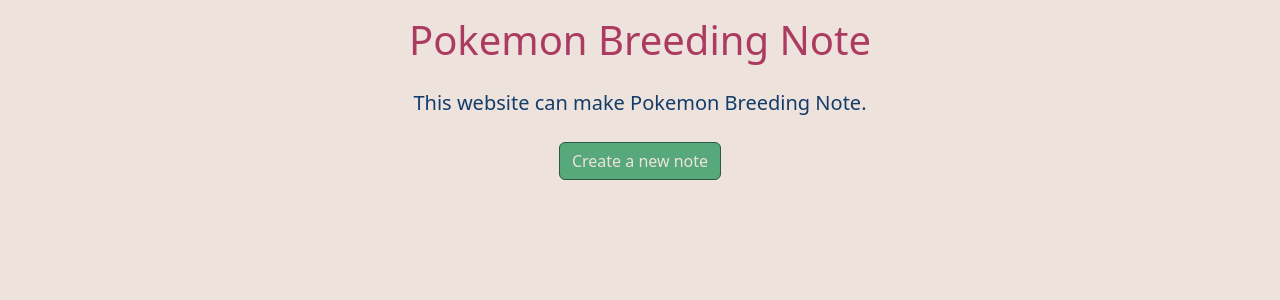
Repository: Losty522/PokemonBreedingNote
Page: /
The author's editor kept a copy of each file at every save. The page is drawn from the files as they stood at one save, then again after the next save.
The browser window is 1280 px wide. The pictures show the whole page.
The project was rebuilt for these pictures with package versions that can differ from the ones it lists, and the page was loaded fresh each time. Also part of the build but not shown: vite.config.js, src/components/Create.css, src/components/form/Title.jsx, src/components/form/Natures.jsx, src/components/form/Abilities.jsx, src/components/form/Moves.jsx, src/components/form/HeldItem.jsx, src/components/form/TeraType.jsx and 7 more.

Above is the page before, as saved 2024-01-20 22:02:42.

After the next save:
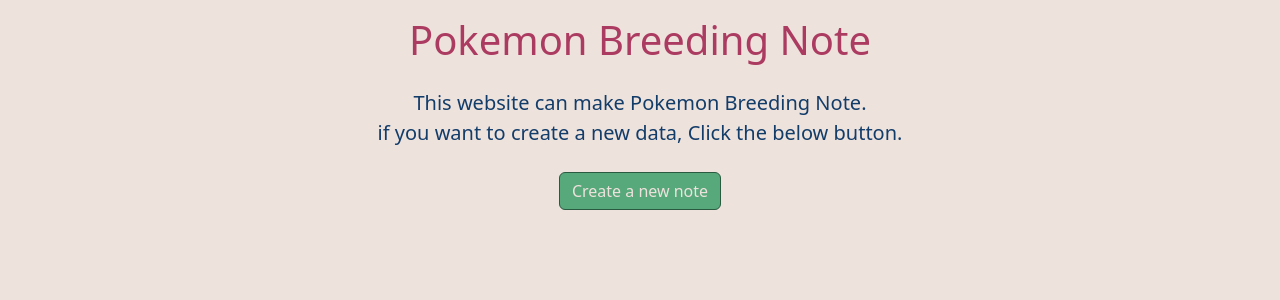
Saved 43 s later.
--- a/src/components/Home.jsx
+++ b/src/components/Home.jsx
@@ -22,6 +22,7 @@
         <p style={{ fontSize: "20px" }}>
           This website can make Pokemon Breeding Note.
           <br />
+          if you want to create a new data, Click the below button.
         </p>
 
         <Col xs="auto" className="mb-3 mt-2">
